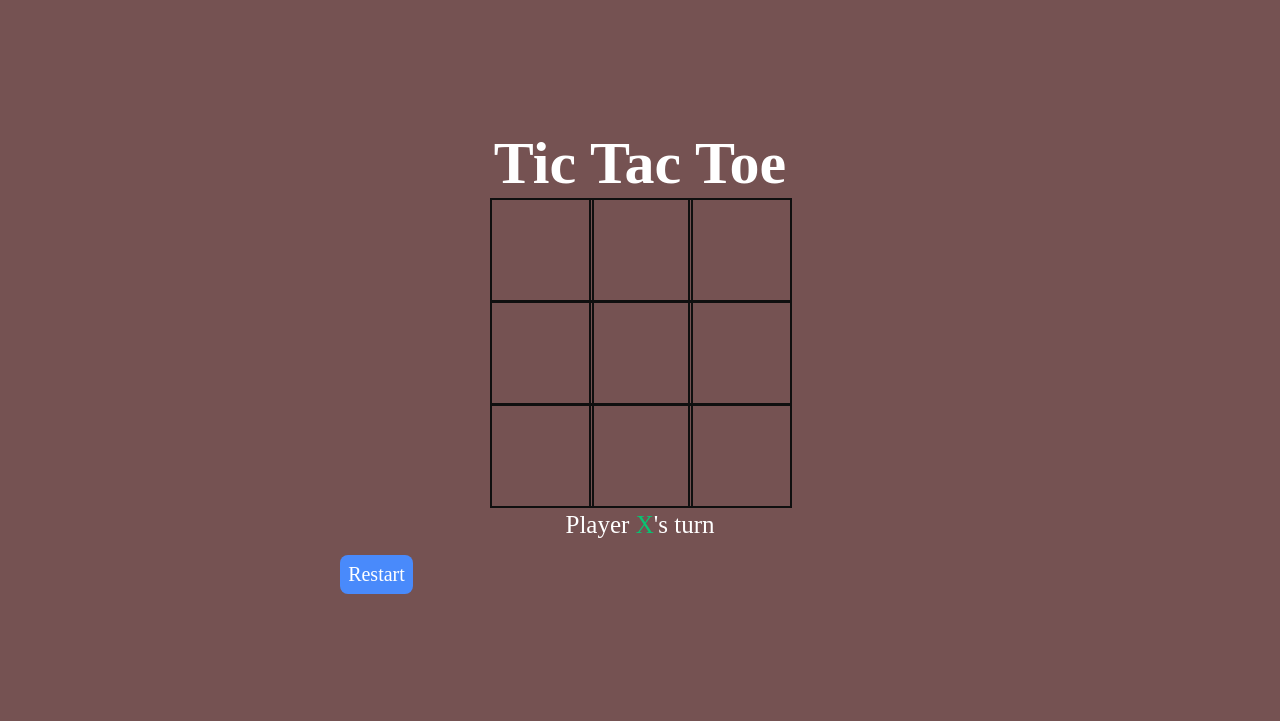
Repository: sedashahnazaryan/tic-tac-too
Page: index.html
The author's editor kept a copy of each file at every save. The page is drawn from the files as they stood at one save, then again after a run of saves.
The browser window is 1280 px wide. The pictures show the whole page.

Above is the page before, as saved 2022-02-01 00:02:36.

After the next 3 saves:
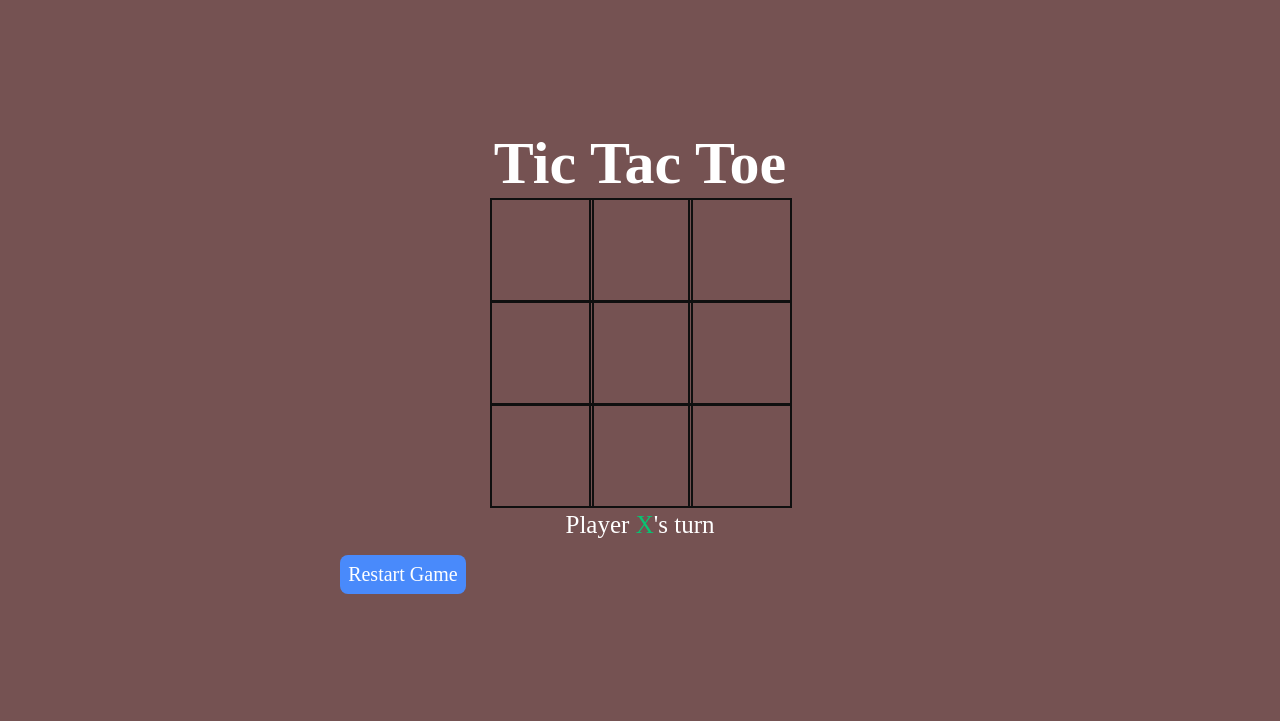
The 3 saves are shown as one change because they came seconds apart.
The last was saved 8 s later.
--- a/index.html
+++ b/index.html
@@ -28,7 +28,7 @@
     </section>
     <section class="display announcer hide"></section>
     <section class="controls">
-        <button id="reset">Restart</button>
+        <button id="reset">Restart Game</button>
     </section>
 </main>
   <body>
